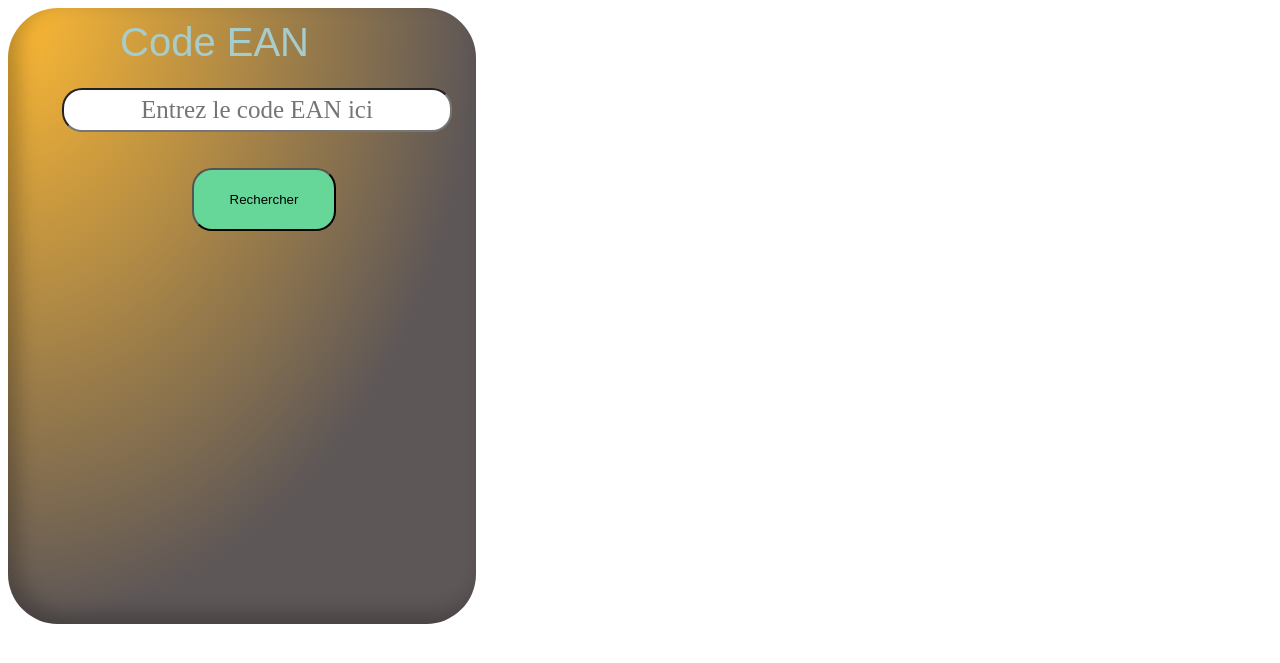
Repository: Zouz01/exo-toucan
Page: index.html
An editor plug-in stored every save of this project. The page is shown before and after a run of saves, followed by the edit.
The browser window is 1280 px wide. The pictures show the whole page.

Above is the page before, as saved 2023-09-21 11:57:23.

### index.html
<!DOCTYPE html>
<html lang="fr">
<head>
    <meta charset="UTF-8">
    <meta name="viewport" content="width=device-width, initial-scale=1">
    <title>TOUCAN API</title>
    <link rel="stylesheet" type="text/css" href="main.css">
</head>
<body>
    <div class="container">
        <!-- Formulaire de recherche -->
        <form id="product-form" action="https://fr.openfoodfacts.org/api/v0/product/<<code_EAN_13>>" method="POST">
            <label for="code_ean">Code EAN </label>
            <input type="text" id="code_ean" name="code_ean" placeholder="Entrez le code EAN ici"><!-- Champ de saisie du code EAN -->
            <button type="submit" id="submit">Rechercher</button> <!-- Bouton de soumission du formulaire -->
        </form>

        <!-- Conteneur pour l'affichage de l'image et des informations -->
        <div><img id="img"></div>
        <div id="product-info"></div>
    </div>

    <!-- Inclusion du script JavaScript -->
    <script src="main.js"></script>
   <scrip // Récupérez une référence vers le conteneur de résultat
    var resultContainer = document.getElementById('result-container');

    // Récupérez la hauteur du contenu de #product-info
    var contentHeight = document.getElementById('product-info').offsetHeight;

    // Définissez la hauteur de #result-container en fonction de la hauteur du contenu
    resultContainer.style.height = contentHeight + 'px';</script>

</body>
</html>

### main.css
body {
    font-family: Arial, sans-serif;

}

.container {
    width: 428px;
    height: 926px;
   position: fixed;
    text-align: center;

    background: radial-gradient(100% 100% at 0% 0%, #FFBA33 0%, #5e5757 100%);
   /* background: radial-gradient(100% 100% at 0% 0%, #A6A6A6 0.46%, #000000 78.06%);
    background: linear-gradient(167.94deg, #7AA77E 0%, #476F72 100%);*/

    opacity: 1.8;
    box-shadow: inset 10px -10px 20px rgba(0, 0, 0, 0.25);
    border-radius: 50px;
    overflow: auto; /* Ajout du débordement automatique si le contenu dépasse la hauteur du conteneur */
    max-height: 80%; /* Définition d'une hauteur maximale pour le contenu */
    padding: 20px; /* Ajout d'un espace interne pour le contenu */
}


/* position ecriture label*/
label {

    top: 20px;
    font-size: 40px;
    color: rgb(167, 204, 204);
   left: 120px;
    position :fixed;



}
/*position img*/
#img {
    position: relative;
   border-radius: 20px;
   width: 20%;
   top: 600px;
}

/*position retour d'information produit*/
#product-info {
    padding: 20px;
    color: rgb(171, 221, 205);
    font-size: larger;
    text-align: center; /* Centre le texte horizontalement */
    max-height: 100%; /* Le contenu de #product-info ne dépassera pas la hauteur du conteneur */
    overflow-y: auto; /* Ajout du débordement vertical automatique si le contenu dépasse la hauteur maximale */

}
h2 {
    font-size: xx-large;
    color: #7af3b1;
}
p{
    font-size: larger ;
}

/* Champ de saisie pour entrer le code EAN */
#code_ean {
    position: absolute;
   border-radius: 20px;
    width: 382px;
    height: 38px;
   right:24px ;
    top: 80px;
    font-family: 'Montserrat';
font-style: normal;
font-weight: 500;
font-size: 25px;
line-height: 30px;
text-align: center;

color: #0f0d0d;



}

/* Bouton de recherche */
button[type="submit"] {
    position: absolute;
    width: 144px;
    height: 63px;
  background-color: #67d699;
    top: 160px;
    border-radius: 20px;
    right: 140px;



}




/* styles pour les écrans plus grands */
/* @media (min-width: 900px) {
     .container {
        width: 1860px;
        height: 900px;
     }
        button[type="submit"] {
            position: absolute;
    width: 184px;
    height: 83px;
  background-color: #67d699;
    bottom: 50px;
    border-radius: 20px;
    right: 870px;
        }
        #code_ean {
            position: absolute;
           border-radius: 20px;
            width: 1382px;
            height: 68px;
           right:15% ;
            top: 80px;
            font-family: 'Montserrat';
        font-style: normal;
        font-weight: 500;
        font-size: 25px;
        line-height: 30px;
        text-align: center;
        color: #0f0d0d;

 }
 label {

    top: 20px;
    font-size: 40px;
    color: rgb(167, 204, 204);
   left: 800px;
    position :fixed;

}
#product-info {
    position: absolute;
    padding: 50px;
    color:rgb(171, 221, 205);
    top: 200px;
    left: 30%;

 }
 #img {
    position: relative;
   border-radius: 20px;
   max-width: 20%;
   max-height: 10%;
   top: 230px;
   right: 30%;
}
h2 {
    font-size: 50px;
    color: aqua;
}
p{
    font-size: 30px ;
}
} */

### main.js
const form = document.querySelector("#product-form"); //Interagit avec  HTML avec l'id "product-form"
const code_ean = document.querySelector("#code_ean"); //Interagit avec  HTML  avec l'id "code_ean"
const productInfo = document.querySelector("#product-info"); //Interagit avec  HTML avec l'id "les informations produits"
const img = document.querySelector("#img");  //Interagit avec  HTML avec l'id "les images"
const submit = document.querySelector("#submit");  //Interagit avec  HTML avec l'id "Boutton envoi"


submit.addEventListener("click", (e) => { // Ecouteur d'événement sur le bouton d'envoi qui écoute un événement de clic
    e.preventDefault();

    // validation du code
    if (code_ean.value.length !== 13) {
        alert("Le code EAN doit contenir 13 chiffres.");// Le script vérifie si la valeur du champ de saisie du code EAN comporte 13 caractères
        return;                                         // Sinon, il affiche une alerte indiquant que le code EAN doit contenir 13 chiffres.
    }else

// Si code correct alors ...
    // Récupére les informations du produit depuis l'API
    fetch("https://fr.openfoodfacts.org/api/v0/product/" + code_ean.value) //Méthode pour envoyer une requête GET à l'API
        .then((reponse) => reponse.json())   //  Convertit  la réponse de l'API en JSON
        .then((data) => {                    //  Pour accéder aux données.
            let product = data.product;
            img.src = product.image_url;


             //Affiche les informations sur le produit, ( avec innerHTML on definila source de l'éléments)
             productInfo.innerHTML =`
             <h2><b>Nom</b> : ${product.abbreviated_product_name}</h2>
             <p><b>Marque</b> : ${product.brands}</p>
             <p><b>Catégorie</b> : ${product.categories}</p>
             <p><b>Ingrédients</b> : ${product.ingredients_text}</p>`
             console.log (data)
        }); // ${} veut dire interpreter

});

   /*fecht veut dire aller chercher*/

After the next 2 saves:
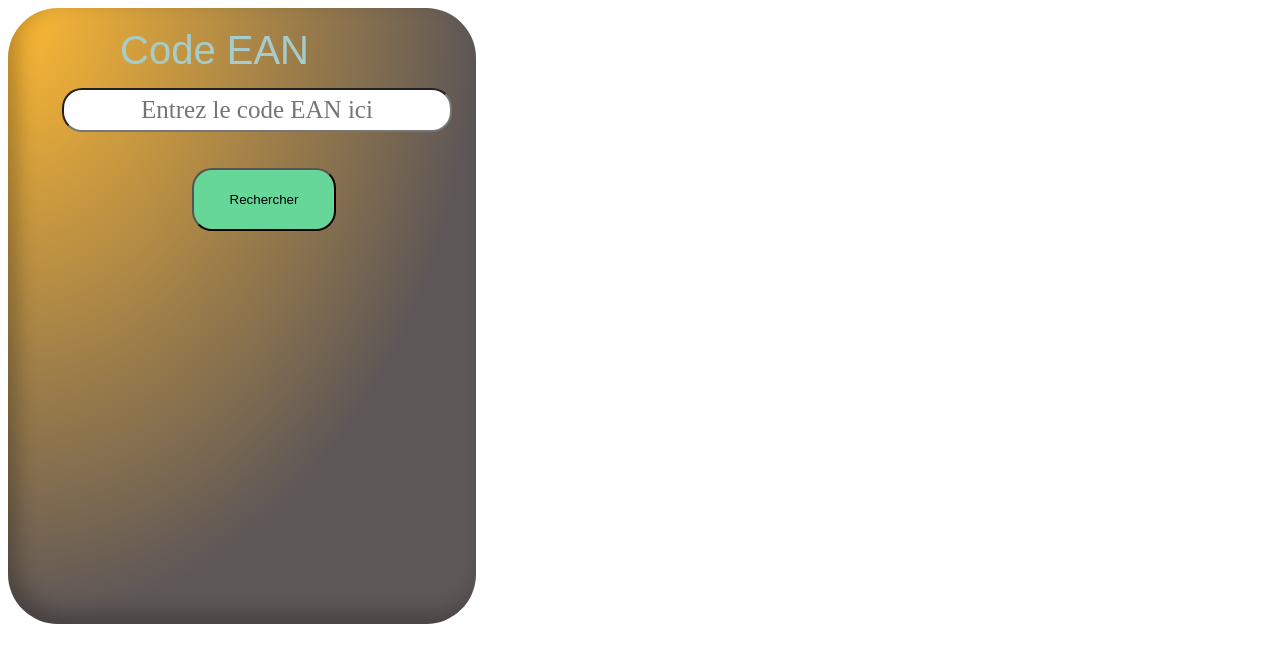
The 2 saves are shown as one change because they came seconds apart.
The last was saved 62 s later.
--- a/main.css
+++ b/main.css
@@ -25,7 +25,7 @@ body {
 /* position ecriture label*/
 label {
 
-    top: 20px;
+    top: 28px;
     font-size: 40px;
     color: rgb(167, 204, 204);
    left: 120px;

After the save that followed:
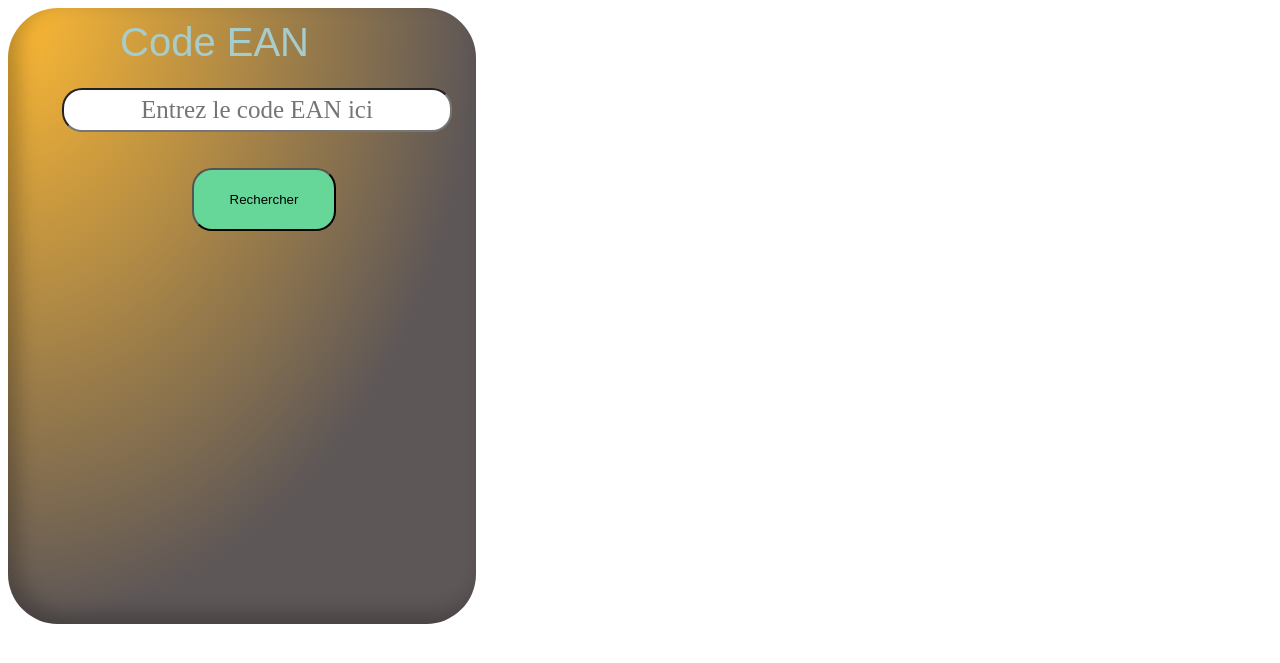
Saved 17 s later.
--- a/main.css
+++ b/main.css
@@ -25,7 +25,7 @@ body {
 /* position ecriture label*/
 label {
 
-    top: 28px;
+    top: 20px;
     font-size: 40px;
     color: rgb(167, 204, 204);
    left: 120px;
